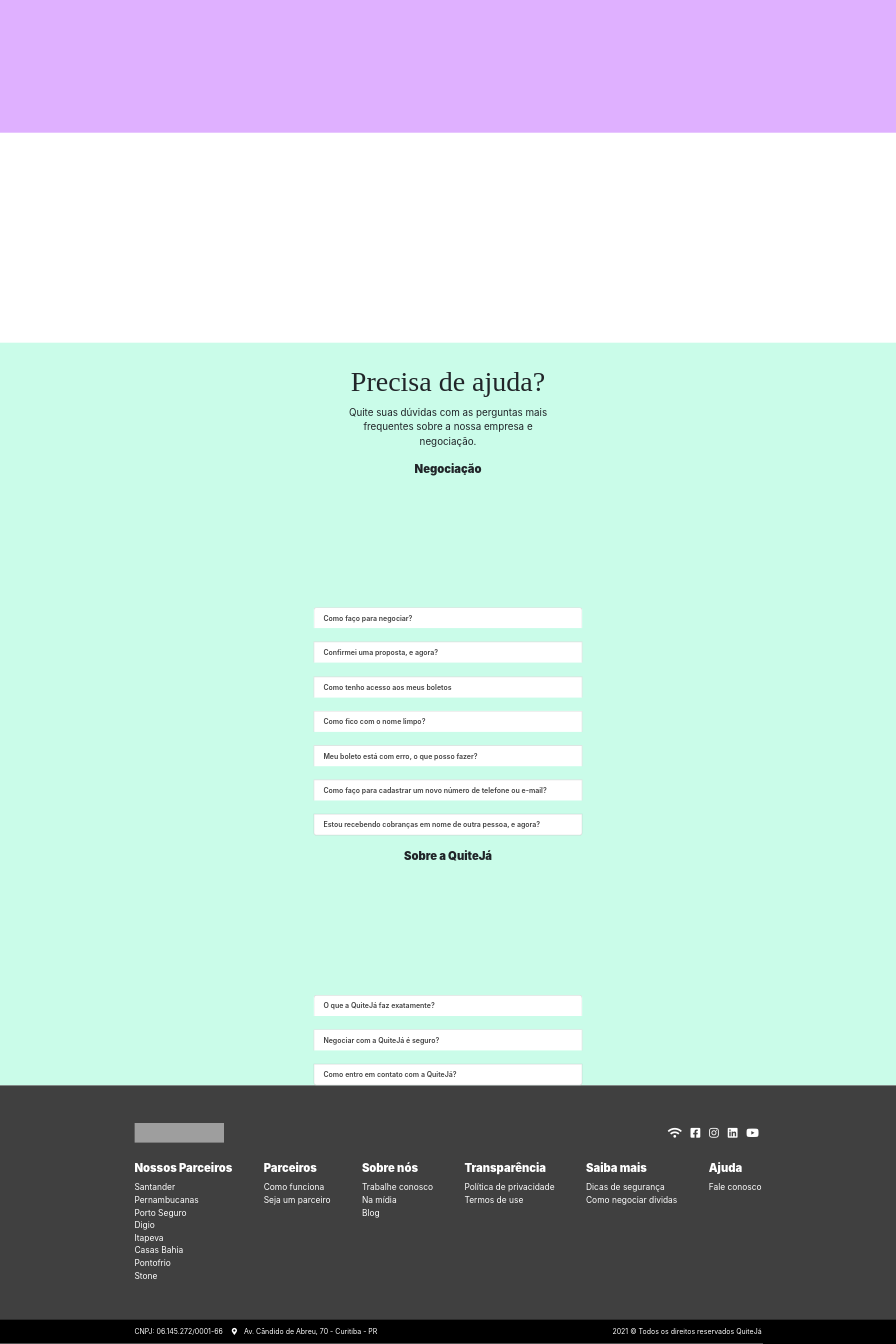
Repository: dasilvaoscar/estudos
Page: Layouts/index.html
These files come from the project's save history. The page is drawn as it stood at one moment and after the next save; the edit follows.
The browser window is 1280 px wide. The pictures show the part of the page from y = 3191 to 5111 px (the page is 5111 px tall), at 70% of full size.
Pictures or frames that could not be fetched are drawn as grey boxes. Some web fonts or font styles are not loaded; a fallback is used.

Above is the page before, as saved 2021-01-29 13:00:35.

After the next save:
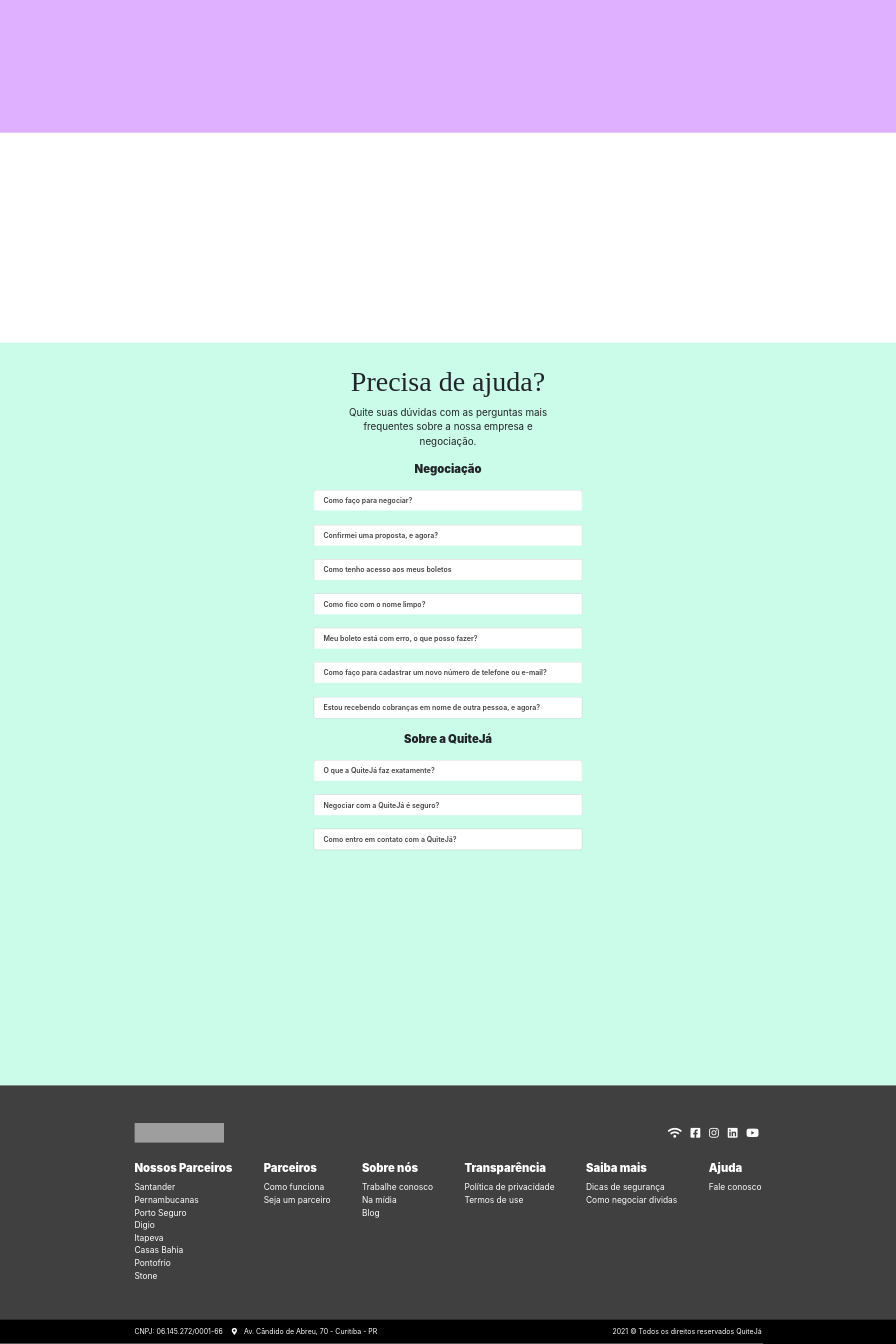
Saved 21 s later.
--- a/Layouts/assets/css/style.css
+++ b/Layouts/assets/css/style.css
@@ -245,7 +245,7 @@ ul.nav-bar-links li:last-child {
 
 .help h6 {
   font-weight: 900;
-  margin: 20px auto auto auto;
+  margin: 20px auto 1px auto;
 }
 
 .accordion {
